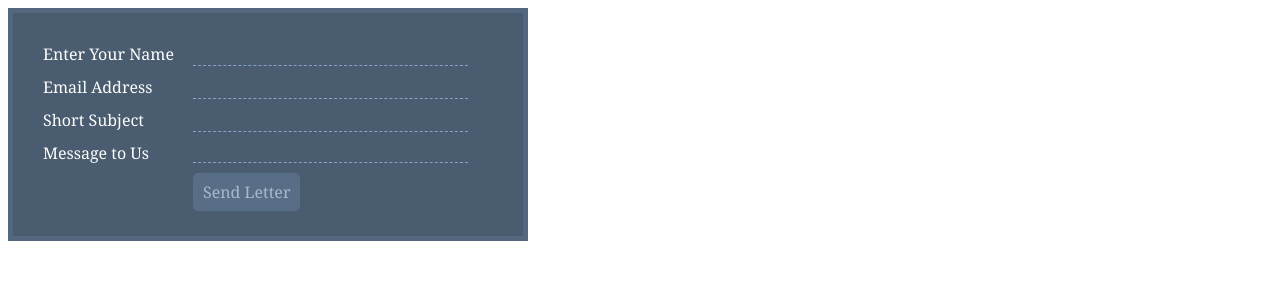
Repository: moshe31sh/Java_ee_final_project_todo_list
Page: http://localhost/Toto_list_final_project/addtask.jsp
The author's editor kept a copy of each file at every save. The page is drawn from the files as they stood at one save, then again after the next save.
The browser window is 1280 px wide. The pictures show the whole page.
The page is served by Tomcat 9. Other server files are loaded and not shown.

Above is the page before, as saved 2015-12-10 21:04:34.

### Toto_list_final_project/WebContent/addtask.jsp
<%@ page language="java" contentType="text/html; charset=ISO-8859-1"
    pageEncoding="ISO-8859-1" errorPage="/error.jsp"%>
<!DOCTYPE html PUBLIC "-//W3C//DTD HTML 4.01 Transitional//EN" "http://www.w3.org/TR/html4/loose.dtd">
<html>
<head>
<head>
<meta http-equiv="Content-Type" content="text/html/; charset=ISO-8859-1">
<link rel="stylesheet" type="text/css" href="./CSS/add_task_style.css">
<title>Add new task</title>
<%-- <jsp:include page="usermenu.jsp"/> --%>
</head>
<body>
<div class="container">
<form class="form-style-4" action="" method="post">
<label for="field1">
<span>Enter Your Name</span><input type="text" name="field1" required="true" />
</label>
<label for="field2">
<span>Email Address</span><input type="email" name="field2" required="true" />
</label>
<label for="field3">
<span>Short Subject</span><input type="text" name="field3" required="true" />
</label>
<label for="field4">
<span>Message to Us</span><textarea name="field4" onkeyup="adjust_textarea(this)" required="true"></textarea>
</label>
<label>
<span>&nbsp;</span><input type="submit" value="Send Letter" />
</label>
</form>
</div>
</body>
</html>

### Toto_list_final_project/WebContent/CSS/add_task_style.css
.form-style-4{
    width: 450px;
    font-size: 16px;
    background: #495C70;
    padding: 30px 30px 15px 30px;
    border: 5px solid #53687E;
    margi
}

.form-style-4 input[type=submit],
.form-style-4 input[type=button],
.form-style-4 input[type=text],
.form-style-4 input[type=email],
.form-style-4 textarea,

.form-style-4 label
{
    font-family: Georgia, "Times New Roman", Times, serif;
    font-size: 16px;
    color: #fff;

}
.form-style-4 label {
    display:block;
    margin-bottom: 10px;
}
.form-style-4 label > span{
    display: inline-block;
    float: left;
    width: 150px;
}
.form-style-4 input[type=text],
.form-style-4 input[type=email]
{
    background: transparent;
    border: none;
    border-bottom: 1px dashed #83A4C5;
    width: 275px;
    outline: none;
    padding: 0px 0px 0px 0px;
    font-style: italic;
}
.form-style-4 textarea{
    font-style: italic;
    padding: 0px 0px 0px 0px;
    background: transparent;
    outline: none;
    border: none;
    border-bottom: 1px dashed #83A4C5;
    width: 275px;
    overflow: hidden;
    resize:none;
    height:20px;
}

.form-style-4 textarea:focus,
.form-style-4 input[type=text]:focus,
.form-style-4 input[type=email]:focus,
.form-style-4 input[type=email] :focus
{
    border-bottom: 1px dashed #D9FFA9;
}

.form-style-4 input[type=submit],
.form-style-4 input[type=button]{
    background: #576E86;
    border: none;
    padding: 8px 10px 8px 10px;
    border-radius: 5px;
    color: #A8BACE;
}
.form-style-4 input[type=submit]:hover,
.form-style-4 input[type=button]:hover{
background: #394D61;
}

After the next save:
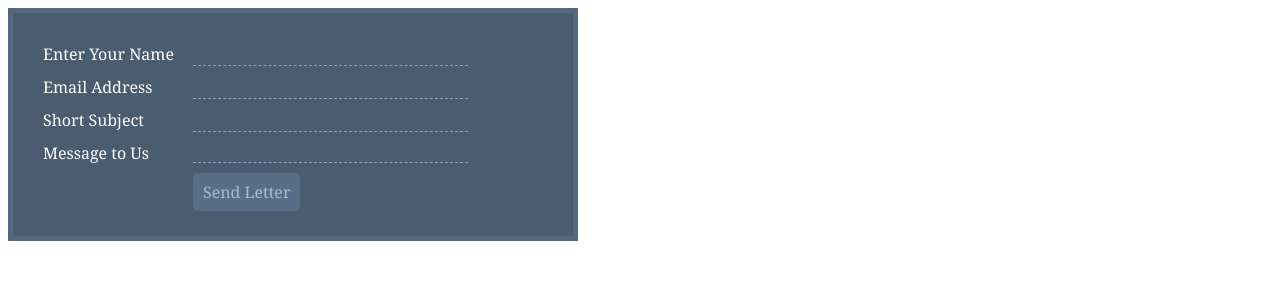
Saved 67 s later.
--- a/Toto_list_final_project/WebContent/CSS/add_task_style.css
+++ b/Toto_list_final_project/WebContent/CSS/add_task_style.css
@@ -1,10 +1,12 @@
+
+
 .form-style-4{
-    width: 450px;
+    width: 500px;
     font-size: 16px;
     background: #495C70;
     padding: 30px 30px 15px 30px;
     border: 5px solid #53687E;
-    margi
+
 }
 
 .form-style-4 input[type=submit],
